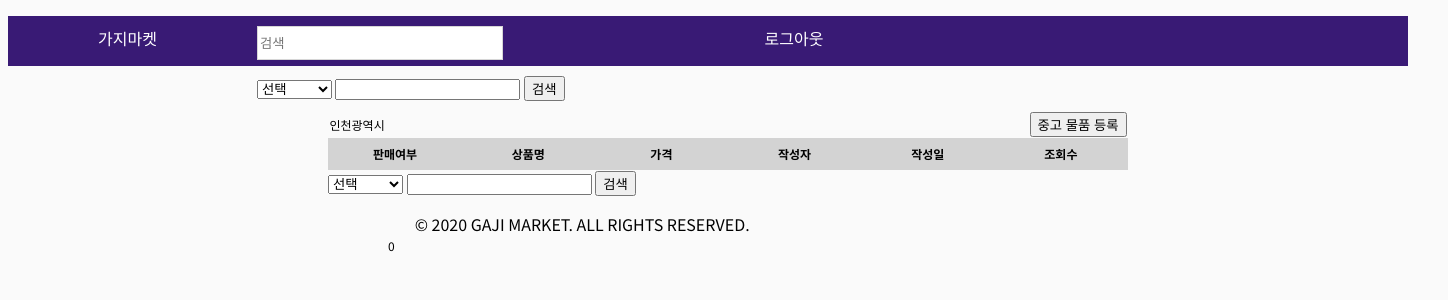
Repository: dblee0128/gajimarket
Page: http://localhost/GajiMarket/WEB-INF/views/board/get.jsp
These files come from the project's save history. The page is drawn as it stood at one moment and after the next save; the edit follows.
The browser window is 1280 px wide. The page is 1448 px wide, so the pictures cover 1448 px, including what lies to the right of the window. The pictures show the whole page.
The page is served by Tomcat 9. Nobody is signed in. The template is opened directly, without the code that normally fills it, so the values that code supplies are empty.

Above is the page before, as saved 2020-10-31 07:39:28.

After the next save:
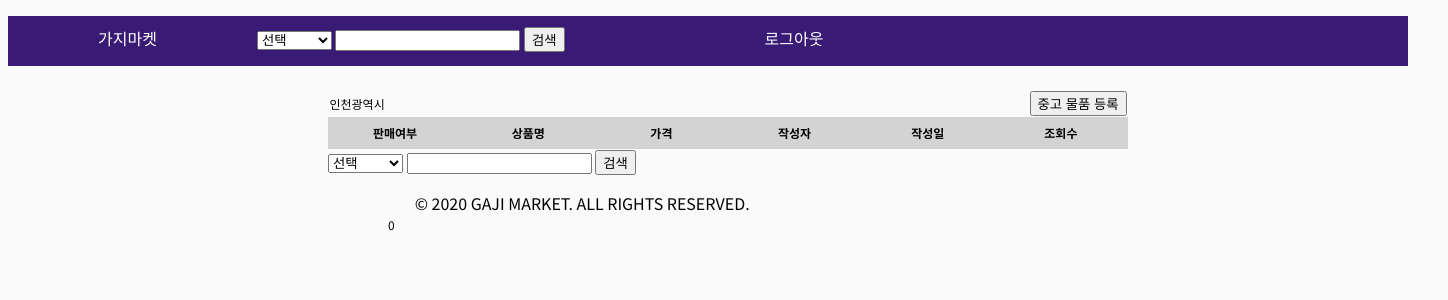
Saved 34 s later.
--- a/GajiMarket/src/main/webapp/WEB-INF/views/includes/header.jsp
+++ b/GajiMarket/src/main/webapp/WEB-INF/views/includes/header.jsp
@@ -21,7 +21,7 @@
 <div id="menuArea">
 	<ul id="menu">
 		<li class="menu"><a href="/" id="top">가지마켓</a></li> <!-- 회원: /board(게시판 메인 페이지로 이동), 비회원: /(로그인 페이지로 이동) -->
-		<li class="menu"><input type="text" placeholder="검색" class="search">
+		<li class="menu">
 			<form action="/board" method="get">
 				<select name="type">
 					<option value="" <c:out value="${pageMaker.cri.type == null? 'selected':''}"/>>선택</option>
